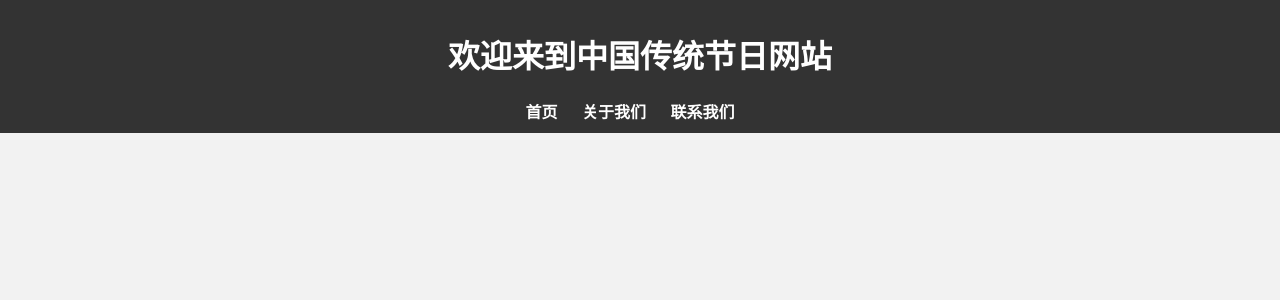
Repository: XueJie1/computer-operation-basics
Page: pages/header.html
The author's editor kept a copy of each file at every save. The page is drawn from the files as they stood at one save, then again after the next save.
The browser window is 1280 px wide. The pictures show the whole page.

Above is the page before, as saved 2023-08-30 14:08:47.

After the next save:
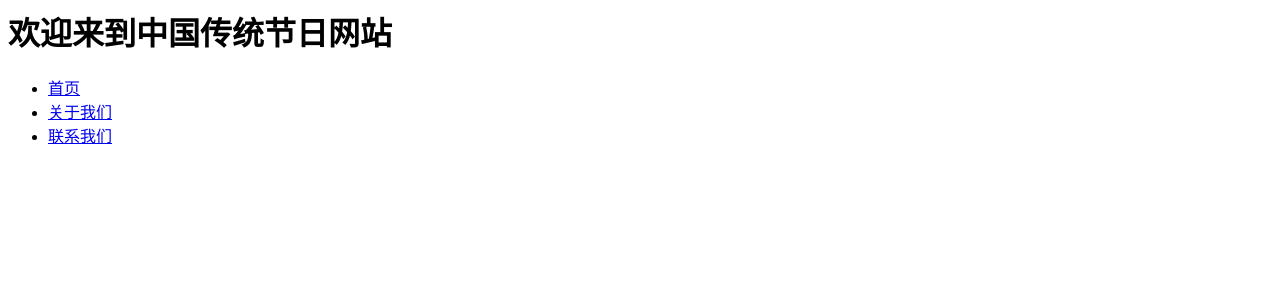
Saved 10 s later.
--- a/pages/header.html
+++ b/pages/header.html
@@ -1,64 +1,12 @@
-<!DOCTYPE html>
-<html lang="en">
-<head>
-    <meta charset="UTF-8">
-    <meta name="viewport" content="width=device-width, initial-scale=1.0">
-    <style>
-        /* 添加全局样式，设置页面的基本样式 */
-        body {
-            font-family: Arial, sans-serif;
-            margin: 0;
-            padding: 0;
-            background-color: #f2f2f2;
-        }
-
-        /* 样式化导航菜单 */
-        header {
-            background-color: #333;
-            color: #fff;
-            padding: 10px 0;
-        }
-
-        h1 {
-            text-align: center;
-        }
-
-        nav ul {
-            list-style-type: none;
-            margin: 0;
-            padding: 0;
-            text-align: center;
-        }
-
-        nav ul li {
-            display: inline;
-            margin-right: 20px;
-        }
-
-        nav ul li a {
-            text-decoration: none;
-            color: #fff;
-            font-weight: bold;
-            font-size: 16px;
-        }
-
-        nav ul li a:hover {
-            color: #ff9900; /* 鼠标悬停时的颜色 */
-        }
-    </style>
-</head>
-<body>
-    <header>
-        <h1>欢迎来到中国传统节日网站</h1>
-        <!-- 这里放置你的网站导航菜单、标志等内容 -->
-        <nav>
-            <ul>
-                <li><a href="#">首页</a></li>
-                <li><a href="about.html">关于我们</a></li>
-                <li><a href="contact.html">联系我们</a></li>
-                <!-- 添加其他页面链接 -->
-            </ul>
-        </nav>
-        </header>
-</body>
-</html>
+<header>
+    <h1>欢迎来到中国传统节日网站</h1>
+    <!-- 这里放置你的网站导航菜单、标志等内容 -->
+    <nav>
+        <ul>
+            <li><a href="#">首页</a></li>
+            <li><a href="about.html">关于我们</a></li>
+            <li><a href="contact.html">联系我们</a></li>
+            <!-- 添加其他页面链接 -->
+        </ul>
+    </nav>
+</header>
